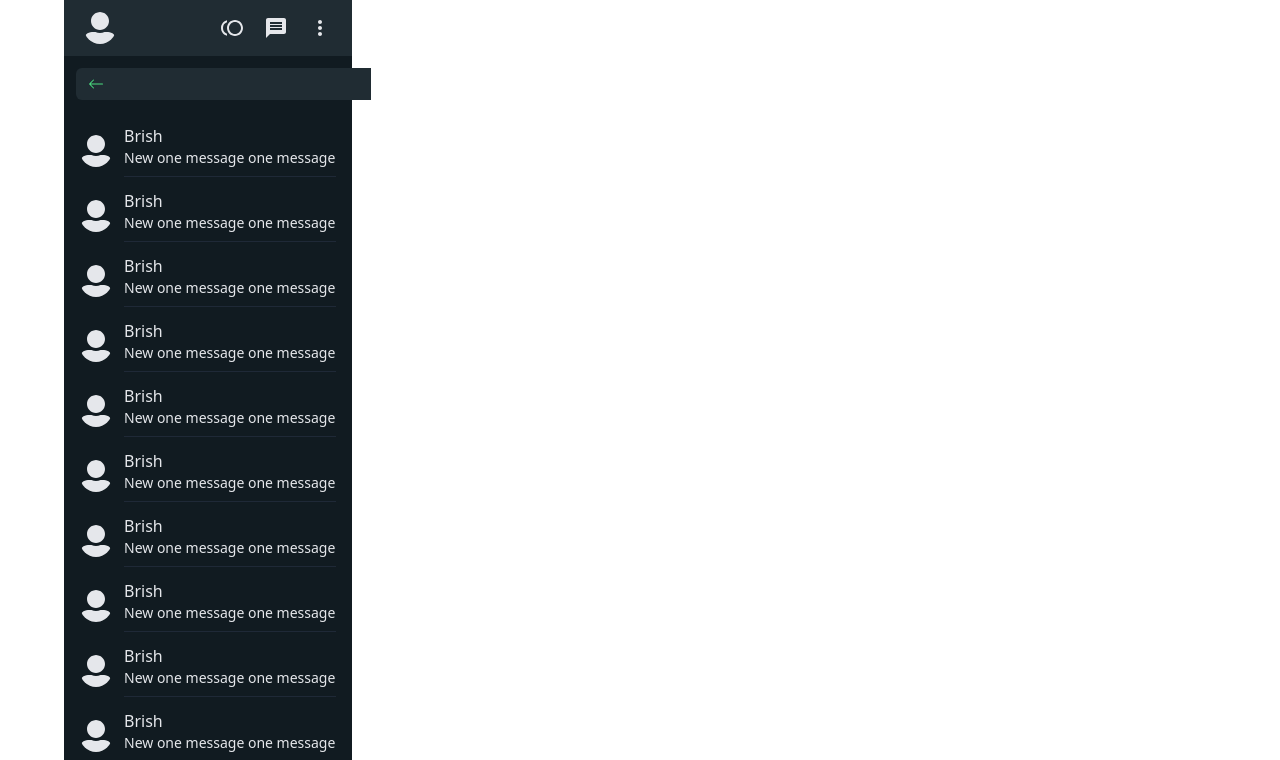
Repository: satya-ranjon/whatsapp-clone-dev
Page: /
These files come from the project's save history. The page is drawn as it stood at one moment and after the next save; the edit follows.
The browser window is 1280 px wide. The pictures show the whole page.
The project was rebuilt for these pictures with package versions that can differ from the ones it lists, and the page was loaded fresh each time.

Above is the page before, as saved 2022-04-09 07:20:04.

After the next save:
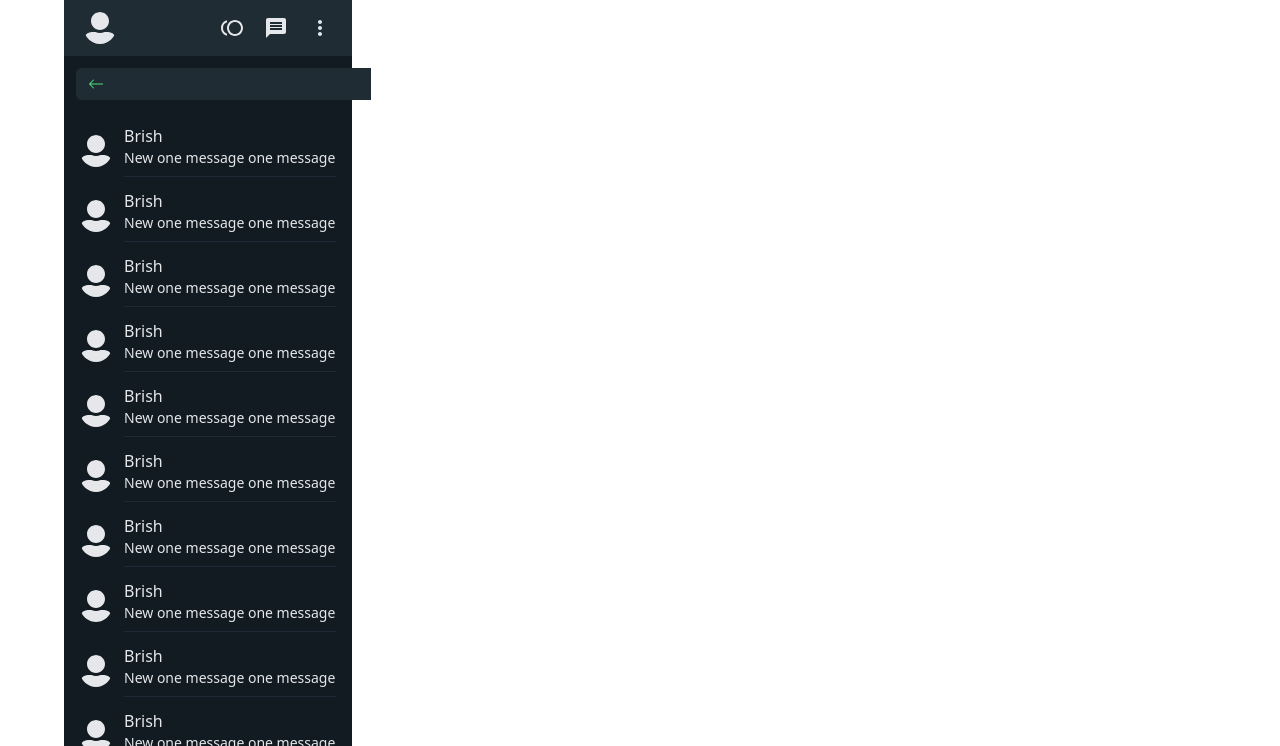
Saved 4 s later.
--- a/src/Components/SideBarUseList.jsx
+++ b/src/Components/SideBarUseList.jsx
@@ -35,7 +35,7 @@ export default function SideBarUseList() {
           </label>
         </div>
       </div>
-      <div className="bg-[#111b21] overflow-y-scroll scroll-my-1 h-[90vh] scrollbar scrollbar-thumb-gray-400 scrollbar-thin text-gray-200 duration-500 transition-all">
+      <div className="bg-[#111b21] overflow-y-scroll scroll-my-1 h-[88vh] scrollbar scrollbar-thumb-gray-400 scrollbar-thin text-gray-200 duration-500 transition-all">
         {array.map((i, index) => (
           <div
             key={index}
